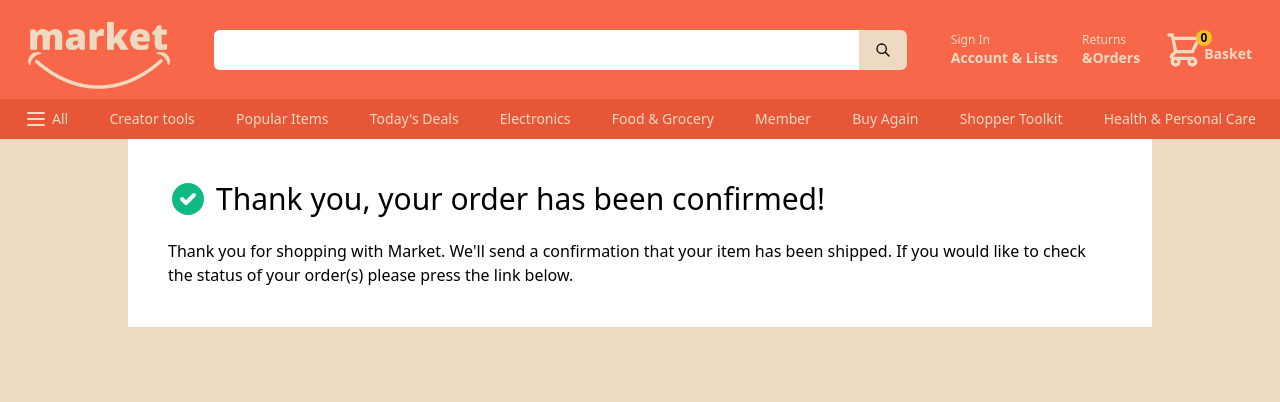
Repository: stephan-chiorean/marketplace-app
Page: /success
An editor plug-in stored every save of this project. The page is shown before and after the next save, followed by the edit.
The browser window is 1280 px wide. The pictures show the whole page.
The page's requests for data from a server got no answer. The project was rebuilt for these pictures with package versions that can differ from the ones it lists, and the page was loaded fresh each time. The framework's server and built-in components were replaced by stand-ins that run in the browser. No one was signed in, and anything a server would have sent is missing. Also part of the build but not shown: next.config.js.

Above is the page before, as saved 2023-03-14 17:07:12.

After the next save:
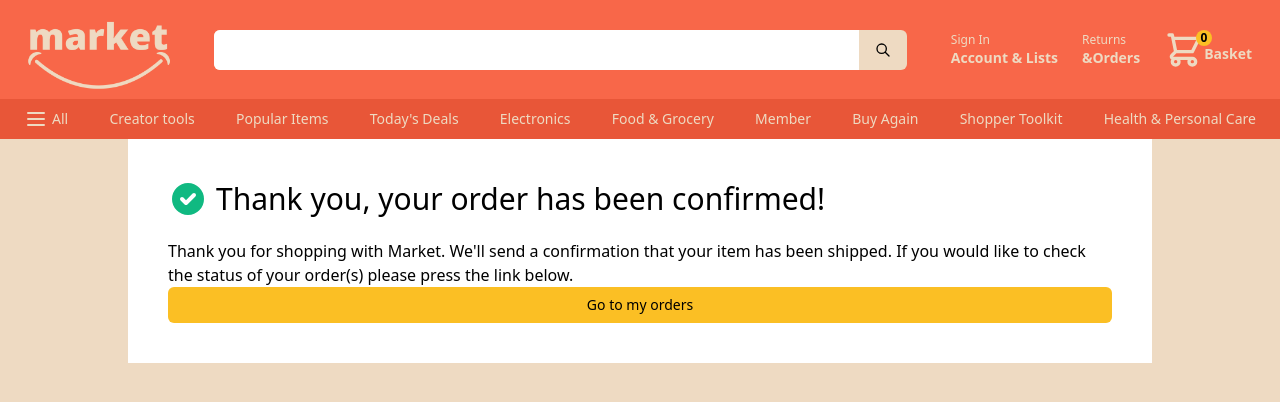
Saved 38 s later.
--- a/src/pages/success.js
+++ b/src/pages/success.js
@@ -17,6 +17,7 @@
           <p>
             Thank you for shopping with Market. We'll send a confirmation that your item has been shipped. If you would like to check the status of your order(s) please press the link below.
           </p>
+          <button className="button">Go to my orders</button>
         </div>
       </main>
     </div>
